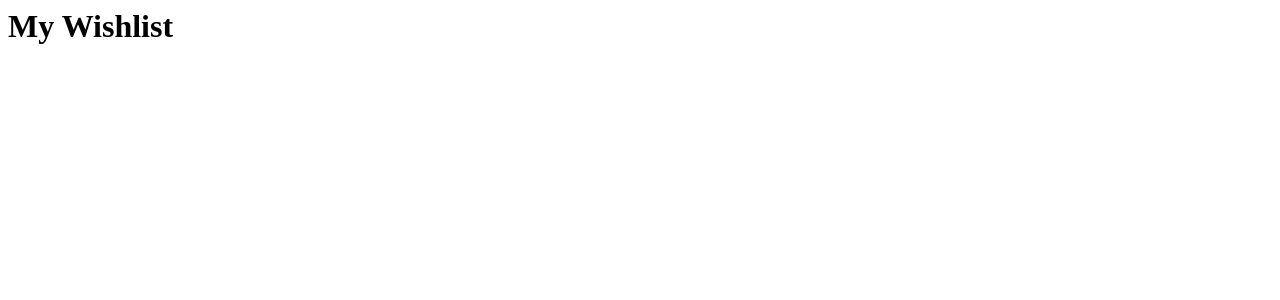
Repository: melikebilen/TdoaWebsite
Page: http://localhost/
An editor plug-in stored every save of this project. The page is shown before and after a run of saves, followed by the edit.
The browser window is 1280 px wide. The pictures show the whole page.
The page is served by the project's Node server (index.js).

Above is the page before, as saved 2021-01-09 21:43:02.

After the next 2 saves:
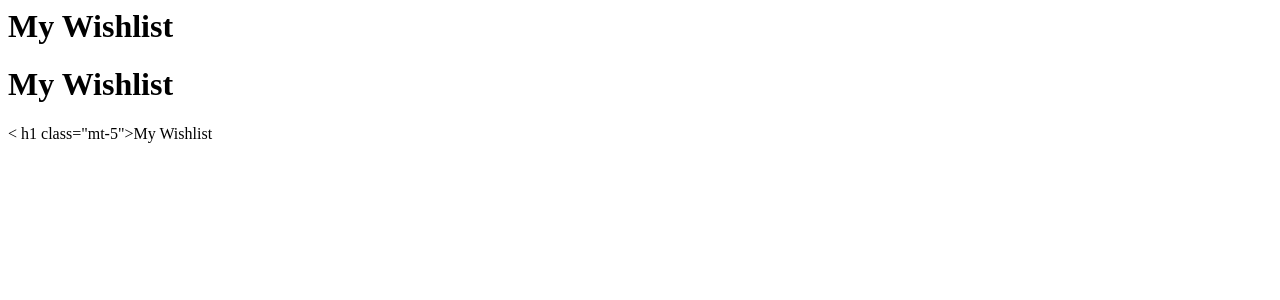
The 2 saves are shown as one change because they came seconds apart.
The last was saved 4 min 7 s later.
--- a/views/index.ejs
+++ b/views/index.ejs
@@ -2,6 +2,8 @@
     <div class="row my-auto">
       <div class="col-lg-12 text-center main">
         <h1 class="mt-5">My Wishlist</h1>
+        <h1 class="mt-5">My Wishlist</h1><
+          h1 class="mt-5">My Wishlist</h1>
       </div>
     </div>
 </div>
